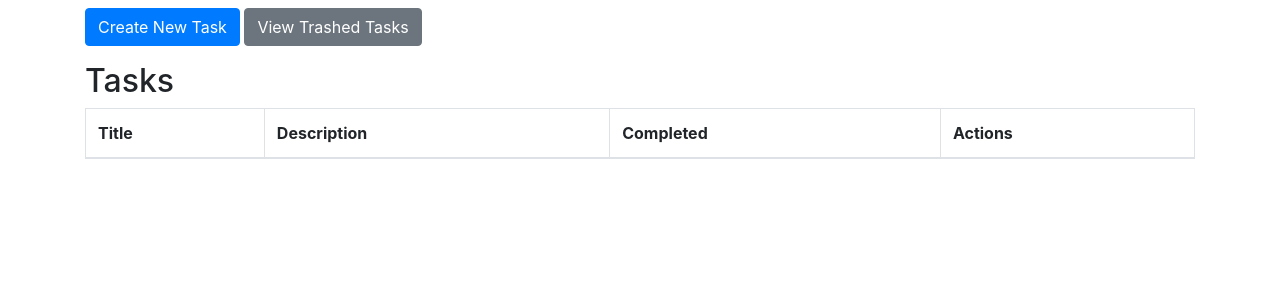
Repository: Abdulahi338/Crude-operation-using-MVC
Page: http://localhost/tasks
These files come from the project's save history. The page is drawn as it stood at one moment and after a run of saves; the edit follows.
The browser window is 1280 px wide. The pictures show the whole page.
Some web libraries are served in a nearby version. The page is served by the project's Laravel application, run on PHP 8.4 with Laravel 12. Queries for data that is not in the repository find no rows.

Above is the page before, as saved 2024-09-06 16:05:34.

After the next 2 saves:
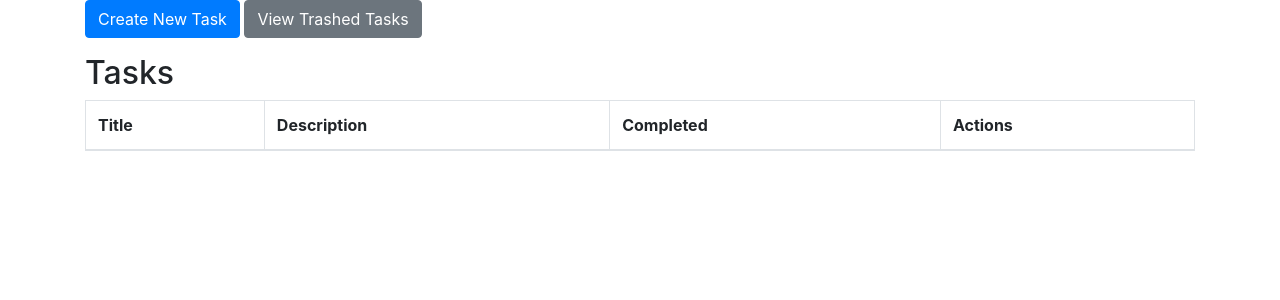
The 2 saves are shown as one change because they came seconds apart.
The last was saved 29 s later.
--- a/resources/views/tasks/index.blade.php
+++ b/resources/views/tasks/index.blade.php
@@ -7,7 +7,7 @@
     <link rel="stylesheet" href="https://maxcdn.bootstrapcdn.com/bootstrap/4.0.0/css/bootstrap.min.css">
 </head>
 <body>
-    <div class="container mt-2">
+    <div class="container mt-6">
         @if (session('success'))
             <div class="alert alert-success">
                 {{ session('success') }}
